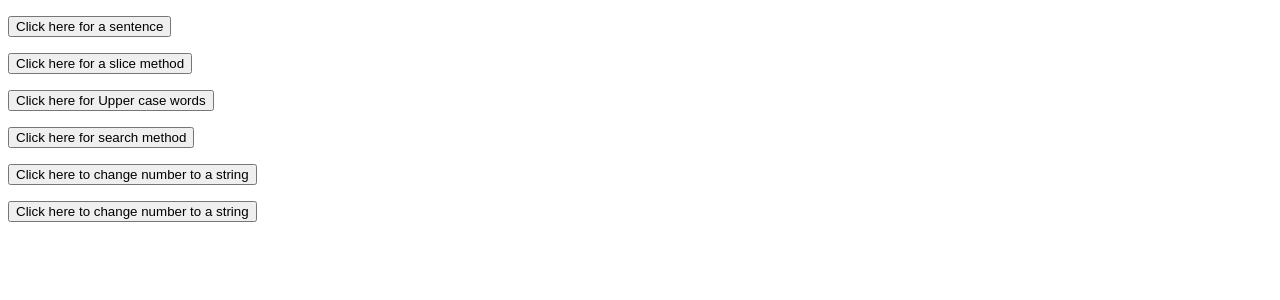
Repository: andyd71/Javascript-Projects
Page: Basic Javascript Projects/Project8_string_methods/index.html
The author's editor kept a copy of each file at every save. The page is drawn from the files as they stood at one save, then again after the next save.
The browser window is 1280 px wide. The pictures show the whole page.
After loading, the first visible `button[onclick="precision_Method()"]` was clicked once.

Above is the page before, as saved 2021-03-04 12:07:50.
Console error: ReferenceError: precision_Method is not defined

### Basic Javascript Projects/Project8_string_methods/index.html
<!doctype html>
<html lang="en">
  <head>
    <!-- Required meta tags -->
    <meta charset="utf-8">
    <meta name="viewport" content="width=device-width, initial-scale=1, shrink-to-fit=no">
    <script src="JS/main.js"></script>
  </head>
  <body>
      <p id="Concatenate"></p>
      <button onclick="full_Sentence()">Click here for a sentence</button>

      <p id="Slice"></p>
      <button onclick="slice_Method()">Click here for a slice method</button>

      <p id="Capitals"></p>
      <button onclick="capitals()">Click here for Upper case words</button>

      <p id="Look"></p>
      <button onclick="lookUp()">Click here for search method</button>

      <p id="Numbers_to_str"></p>
      <button onclick="str_Method()">Click here to change number to a string</button>

      <p id="Precision"></p>
      <button onclick="precision_Method()">Click here to change number to a string</button>
</body>
</html>

### Basic Javascript Projects/Project8_string_methods/JS/main.js
function full_Sentence() {//creating a function.
    //below are 3 variables called part_1, part_2, and part_3.
    var part_1 = "You must remember this, ";
    var part_2 = "a kiss is just a kiss, ";
    var part_3 = "a smile is just a smile.";
    var whole_sentence = part_1.concat(part_2, part_3);//creating another variable to concatenate the previous 3 variables together using the "concat" method.
    document.getElementById("Concatenate").innerHTML = whole_sentence;//displaying the result.
}

function slice_Method() {//creating a function.
    var Sentence = "Liverpool are the greatest team in the world!";//creating a variable with the value of a string.
    var Section = Sentence.slice(15,25)//creating another variable that uses the slice method.
    document.getElementById("Slice").innerHTML = Section;//displaying the result.
}

function capitals() {//creating a function.
    var str = "Another day, another dollar";//creating a variable with a string.
    var res = str.toUpperCase();//creating another variable with the toUpperCase method.
    document.getElementById("Capitals").innerHTML = res;//displaying the result.
}

function lookUp() {//creating a function.
    var str1 = "Who let the dogs out";//creating a variable with a string.
    var look = str1.search("dogs");//creating another variable with the search method.
    document.getElementById("Look").innerHTML = look;//displaying the result.

}

function str_Method() {
    var X = 56;
    document.getElementById("Numbers_to_str").innerHTML = X.toString();
}

After the next save:
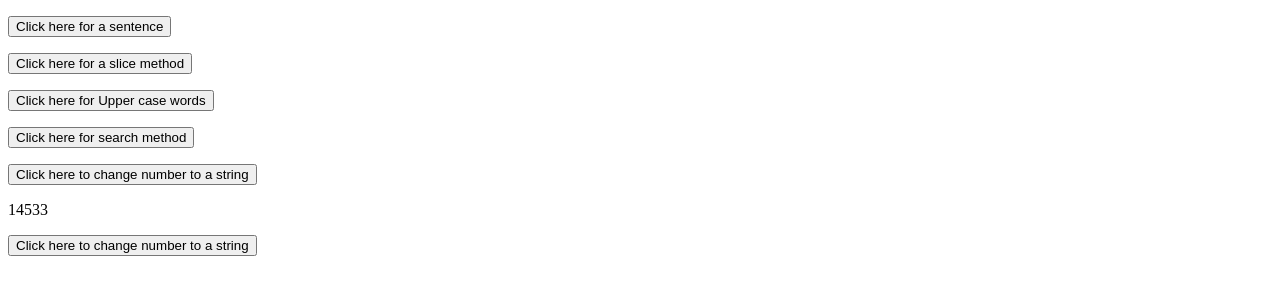
The error is gone.
Saved 4 min 28 s later.
--- a/Basic Javascript Projects/Project8_string_methods/JS/main.js
+++ b/Basic Javascript Projects/Project8_string_methods/JS/main.js
@@ -30,3 +30,8 @@
     var X = 56;
     document.getElementById("Numbers_to_str").innerHTML = X.toString();
 }
+
+function precision_Method() {
+    var Y = 14532.56748;
+    document.getElementById("Precision").innerHTML = Y.toPrecision(5);
+}
